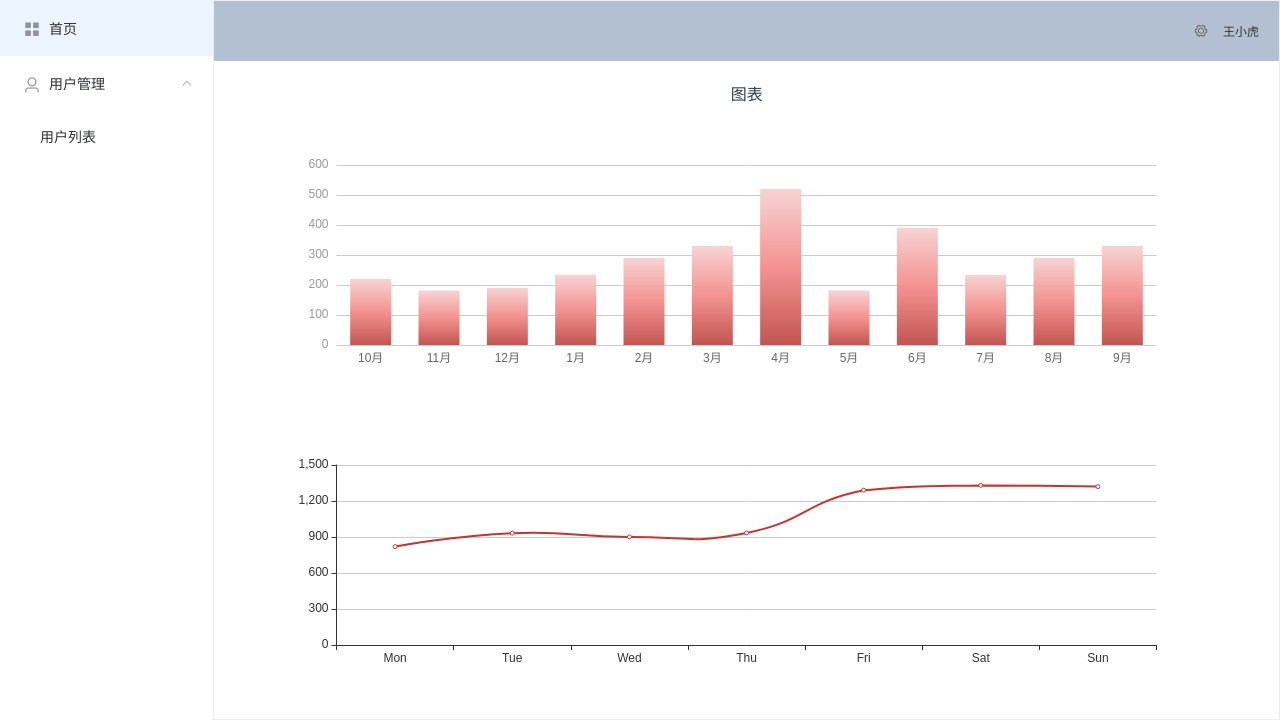
Repository: cmw520520/admin_vue
Page: /#/example/echart
An editor plug-in stored every save of this project. The page is shown before and after the next save, followed by the edit.
The browser window is 1280 px wide. The pictures show the whole page.
The project was rebuilt for these pictures with package versions that can differ from the ones it lists, and the page was loaded fresh each time. Also part of the build but not shown: src/page/home/Home.vue, src/page/user/UserList.vue.

Above is the page before, as saved 2019-07-01 14:55:56.

### index.html
<!DOCTYPE html>
<html>
  <head>
    <meta charset="utf-8">
    <meta name="viewport" content="width=device-width,initial-scale=1.0">
    <title>cmw</title>
  </head>
  <body>
    <div id="app"></div>
    <!-- built files will be auto injected -->
  </body>
</html>

### src/App.vue
<template>
  <div id="app">
    <!-- <img src="./assets/logo.png"> -->
    <router-view/>
  </div>
</template>

<script>
export default {
  name: 'App'
}
</script>

<style>
#app {
  font-family: 'Avenir', Helvetica, Arial, sans-serif;
  -webkit-font-smoothing: antialiased;
  -moz-osx-font-smoothing: grayscale;
  text-align: center;
  color: #2c3e50;
  width: 100%;
  height: 100%;
  /* margin-top: 60px; */
}

body, html {
  margin: 0;
  padding: 0;
  height: 100%;
  width: 100%;
}
</style>

### src/router/index.js
import Vue from 'vue'
import Router from 'vue-router'
// import HelloWorld from '@/components/HelloWorld'
import Manage from '@/page/Manage'
import Home from '@/page/home/Home'
import UserList from '@/page/user/UserList'
import Echart from '../../example/Echart'

Vue.use(Router)

export default new Router({
  routes: [
    {
      path: '/',
      name: '',
      component: Manage,
      children: [
        {
          path: '',
          component: Home,
          meta: []
        },
        {
          path: '/user/userlist',
          component: UserList,
          meta: []
        },
        {
          path: '/example/echart',
          component: Echart,
          meta: ['图表']
        }
      ]
    }
  ]
})

### src/page/Manage.vue
<template>
  <el-container style="height: 100%;">
    <el-col :span="4" style="background-color: #ffffff;overflow:hidden;">
      <el-slider></el-slider>
    </el-col>

    <el-col :span="20" style="border: 1px solid #eee;overflow: auto;overflow-scrolling: touch;">
      <el-header style="text-align: right; font-size: 12px">
        <el-dropdown>
          <i class="el-icon-setting" style="margin-right: 15px"></i>
          <el-dropdown-menu slot="dropdown">
            <el-dropdown-item>查看</el-dropdown-item>
            <el-dropdown-item>新增</el-dropdown-item>
            <el-dropdown-item>删除</el-dropdown-item>
          </el-dropdown-menu>
        </el-dropdown>
        <span>王小虎</span>
      </el-header>

      <el-main>
        <transition name="fade" mode="out-in">
            <router-view></router-view>
        </transition>
      </el-main>
    </el-col>
  </el-container>
</template>

<script>
import slider from '@/components/Slider'

export default {
  name: 'manage',
  components: {
    'el-slider': slider
  }
}
</script>

<style>
.el-header {
  background-color: #b3c0d1;
  color: #333;
  line-height: 60px;
}

.el-aside {
  color: #333;
}

.fade-enter-active, .fade-leave-active {
    transition: opacity 0.5s, transform 0.5s;
}

.fade-enter, .fade-leave-to {
    opacity: 0;
}
</style>

### example/Echart.vue
<template>
  <el-row>
    <el-col>图表</el-col>
    <el-col>
        <div id="bar" style="height:300px;"></div>
    </el-col>
    <el-col>
        <div id="line" style="height:300px;"></div>
    </el-col>
  </el-row>
</template>

<script>
import echarts from "echarts/lib/echarts";
// 引入柱状图
import "echarts/lib/chart/bar";
// 引入曲线图
import "echarts/lib/chart/line";
import 'echarts/lib/component/tooltip';

// 柱状图 配置参数
const barOption = {
          tooltip : {
            trigger: 'axis',
            axisPointer : {            // 坐标轴指示器，坐标轴触发有效
                type : ''        // 默认为直线，可选为：'line' | 'shadow'
            }
          },
          xAxis: {
            data:  ['10月', '11月', '12月', '1月', '2月', '3月', '4月', '5月', '6月', '7月', '8月', '9月'],
            axisLabel: {
                inside: false,
                textStyle: {
                    color: '#666666'
                }
            },
            axisTick: {
                show: false
            },
            axisLine: {
                show: false
            },
            z: 10
            },
          yAxis: {
            axisLine: {
                show: false
            },
            axisTick: {
                show: false
            },
            axisLabel: {
                textStyle: {
                    color: '#999'
                }
            }
          },
          dataZoom: [
            {
                type: 'inside'
            }
          ],
          series: [
            { // For shadow
                type: 'bar',
                itemStyle: {
                    normal: {color: 'rgba(0,0,0,0.05)'}
                },
                barGap:'-100%',
                barCategoryGap:'40%',
                data: [],
                animation: false
            },
            {
                type: 'bar',
                itemStyle: {
                    normal: {
                        color: new echarts.graphic.LinearGradient(
                            0, 0, 0, 1,
                            [
                                {offset: 0, color: '#f6d4d3'},
                                {offset: 0.5, color: '#f39391'},
                                {offset: 1, color: '#C25552'}
                            ]
                        )
                    },
                    emphasis: {
                        color: new echarts.graphic.LinearGradient(
                            0, 0, 0, 1,
                            [
                                {offset: 1, color: '#f6d4d3'},
                                {offset: 0.5, color: '#f39391'},
                                {offset: 0, color: '#C25552'}
                            ]
                        )
                    }
                },
                data: [220, 182, 191, 234, 290, 330, 520, 182, 391, 234, 290, 330]
            }
          ]
        }

// 曲线图 配置参数
const lineOotion = {
    xAxis: {
        type: 'category',
        data: ['Mon', 'Tue', 'Wed', 'Thu', 'Fri', 'Sat', 'Sun']
    },
    yAxis: {
        type: 'value'
    },
    series: [{
        data: [820, 932, 901, 934, 1290, 1330, 1320],
        type: 'line',
        smooth: true
    }]
};




export default {
  name: "echart",
  data() {
    return {
      // 柱状图
      chartBar: null,
      // 曲线图
      chartLine: null
    }
  },
  mounted() {
    // 初始化图表
    this.chartInit();
  },
  methods: {
    // 初始化图表
    chartInit () {
      // 柱状图
      this.chartBar = echarts.init(document.getElementById("bar"));
      this.chartBar.setOption(barOption);

      // 曲线图
      this.chartLine = echarts.init(document.getElementById('line'));
      this.chartLine.setOption(lineOotion);
    }
  }
}
</script>

<style>
</style>

### src/components/Slider.vue
<template>
  <el-menu :default-openeds="['1', '3']" style="border:none;text-align:left;" router>
    <label v-for="(item, index) in navMenu" :key="index">
      <el-menu-item v-if="item.isHeader" :index="item.component">
        <i :class=item.icon></i>
        <span slot="title">{{ item.name }}</span>
      </el-menu-item>

      <el-submenu v-else :index="String(index)">
        <template slot="title">
          <i :class=item.icon></i>{{ item.name }}
        </template>
        <el-menu-item v-for="(item2, index2) in item.children" :key="index2" :index="item2.component">{{ item2.name }}</el-menu-item>
      </el-submenu>
    </label>
  </el-menu>
</template>

<script>
export default {
  name: 'slider',
  data () {
    return {
      navMenu: [
        {
          isHeader: true,
          name: '首页',
          icon: 'el-icon-menu',
          component: '/'
        },
        {
          name: '用户管理',
          icon: 'el-icon-user',
          children: [
            {
              name: '用户列表',
              component: '/user/userlist'
            }
          ]
        }
      ]
    }
  }
}
</script>

<style>
</style>

Loaded but not shown: src/main.js (common file)

After the next save:
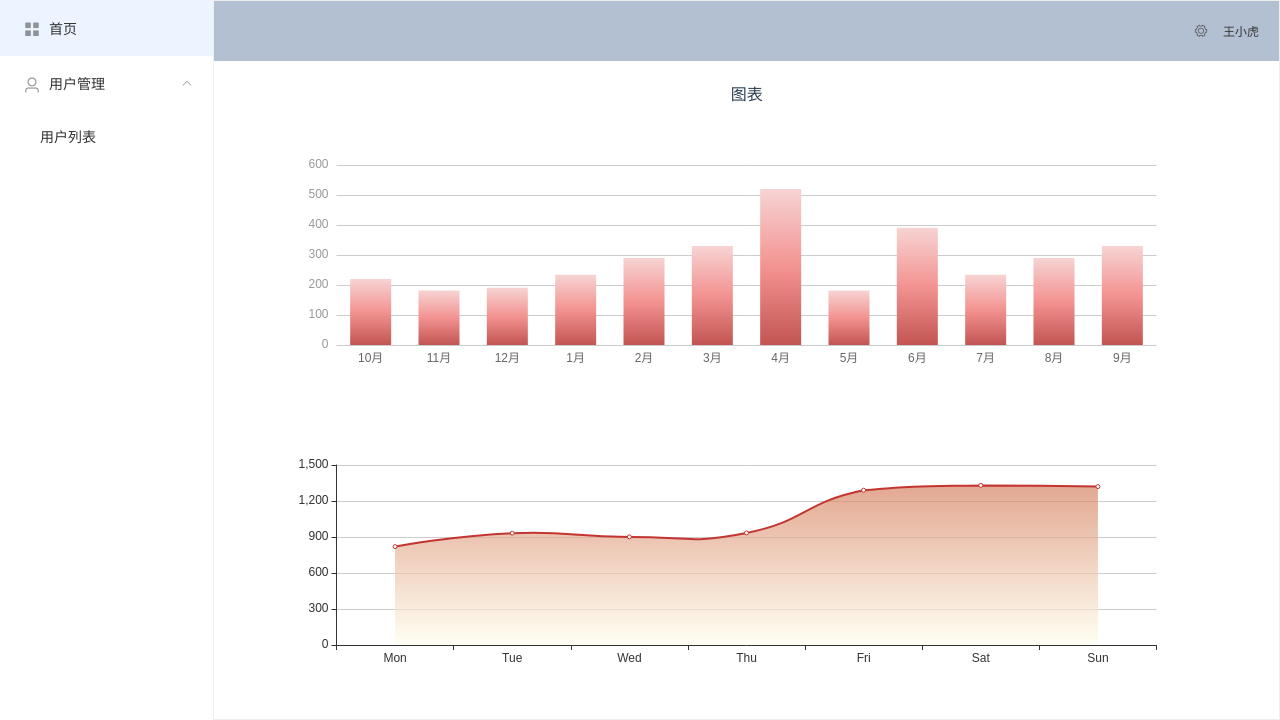
Saved 61 s later.
--- a/example/Echart.vue
+++ b/example/Echart.vue
@@ -112,7 +112,18 @@ const lineOotion = {
     series: [{
         data: [820, 932, 901, 934, 1290, 1330, 1320],
         type: 'line',
-        smooth: true
+        smooth: true,
+        areaStyle: {
+            normal: {
+                color: new echarts.graphic.LinearGradient(0, 0, 0, 1, [{
+                    offset: 0,
+                    color: '#d68262'
+                }, {
+                    offset: 1,
+                    color: '#ffe'
+                }])
+            }
+        }
     }]
 };
 
